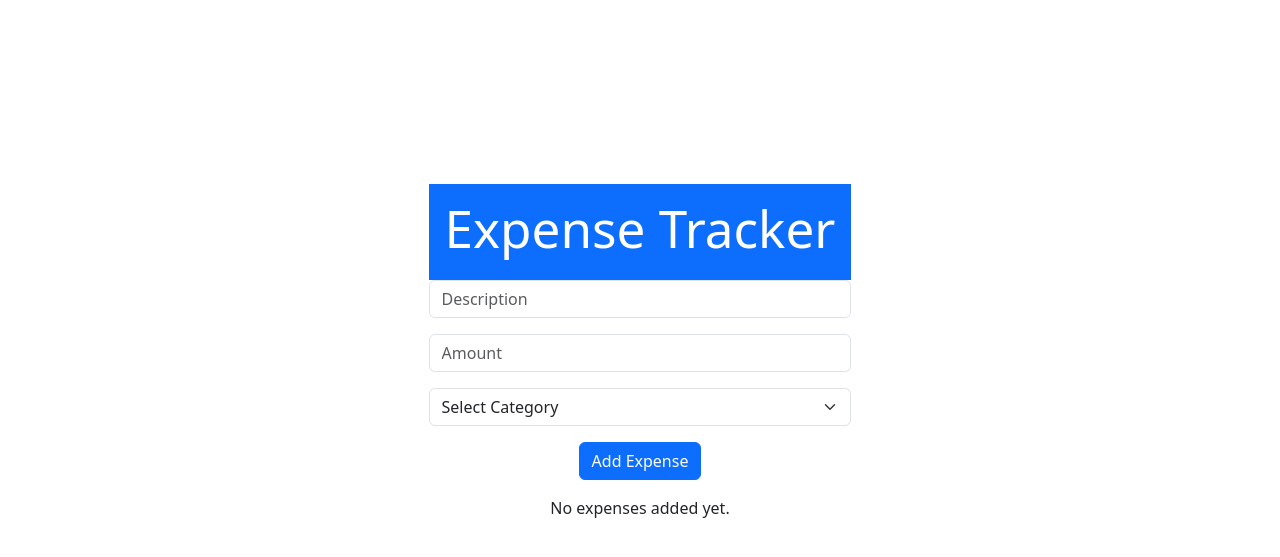
Repository: JuniorDevChris/ExpenseTracker
Page: / (app in frontend/)
An editor plug-in stored every save of this project. The page is shown before and after a run of saves, followed by the edit.
The browser window is 1280 px wide. The pictures show the whole page.
The project was rebuilt for these pictures with package versions that can differ from the ones it lists, and the page was loaded fresh each time. Also part of the build but not shown: frontend/vite.config.js.

Above is the page before, as saved 2024-07-07 17:22:20.

### frontend/src/main.jsx
import 'bootstrap/dist/css/bootstrap.min.css';
import React from 'react';
import ReactDOM from 'react-dom/client';
import App from './App';
import './index.css';

ReactDOM.createRoot(document.getElementById('root')).render(
  <React.StrictMode>
    <App />
  </React.StrictMode>
);

### frontend/src/App.jsx
import React, { useState } from 'react';
import Header from './components/Header';
import ExpenseForm from './components/ExpenseForm';
import ExpenseList from './components/ExpenseList';
import './App.css';

function App() {
  const [expenses, setExpenses] = useState([]);

  const addExpense = (expense) => {
    setExpenses([...expenses, { ...expense, id: Date.now() }]);
  };

  const deleteExpense = (id) => {
    setExpenses(expenses.filter((expense) => expense.id !== id));
  };

  return (
    <div className="App container">
      <Header />
      <ExpenseForm addExpense={addExpense} />
      <ExpenseList expenses={expenses} deleteExpense={deleteExpense} />
    </div>
  );
}

export default App;

### frontend/src/components/Header.jsx
import React from 'react';

const Header = () => {
  return (
    <header className="bg-primary text-white p-3">
      <h1>Expense Tracker</h1>
    </header>
  );
};

export default Header;

### frontend/src/components/ExpenseForm.jsx
import React, { useState } from 'react';

const ExpenseForm = ({ addExpense }) => {
  const [description, setDescription] = useState('');
  const [amount, setAmount] = useState('');
  const [category, setCategory] = useState('');

  const handleSubmit = (e) => {
    e.preventDefault();
    addExpense({ description, amount: parseFloat(amount), category });
    setDescription('');
    setAmount('');
    setCategory('');
  };

  return (
    <form onSubmit={handleSubmit} className="mb-3">
      <div className="mb-3">
        <input
          type="text"
          className="form-control"
          placeholder="Description"
          value={description}
          onChange={(e) => setDescription(e.target.value)}
          required
        />
      </div>
      <div className="mb-3">
        <input
          type="number"
          className="form-control"
          placeholder="Amount"
          value={amount}
          onChange={(e) => setAmount(e.target.value)}
          required
        />
      </div>
      <div className="mb-3">
        <select
          className="form-select"
          value={category}
          onChange={(e) => setCategory(e.target.value)}
          required
        >
          <option value="" disabled>Select Category</option>
          <option value="Groceries">Groceries</option>
          <option value="Utilities">Utilities</option>
          <option value="Entertainment">Entertainment</option>
        </select>
      </div>
      <button type="submit" className="btn btn-primary">Add Expense</button>
    </form>
  );
};

export default ExpenseForm;

### frontend/src/components/ExpenseList.jsx
import React from 'react';

const ExpenseList = ({ expenses, deleteExpense }) => {
  if (expenses.length === 0) {
    return <p className="text-center">No expenses added yet.</p>;
  }

  return (
    <table className="table table-bordered">
      <thead>
        <tr>
          <th>Category</th>
          <th>Description</th>
          <th>Amount</th>
          <th></th>
        </tr>
      </thead>
      <tbody>
        {expenses.map((expense) => (
          <tr key={expense.id}>
            <td>{expense.category}</td>
            <td>{expense.description}</td>
            <td>${expense.amount.toFixed(2)}</td>
            <td>
              <button
                className="btn btn-outline-danger"
                onClick={() => deleteExpense(expense.id)}
              >
                Delete
              </button>
            </td>
          </tr>
        ))}
      </tbody>
      <tfoot>
        <tr>
          <td>Total</td>
          <td></td>
          <td>
            $
            {expenses
              .reduce((acc, expense) => acc + parseFloat(expense.amount), 0)
              .toFixed(2)}
          </td>
          <td></td>
        </tr>
      </tfoot>
    </table>
  );
};

export default ExpenseList;

Loaded but not shown: frontend/index.html (common file); frontend/src/index.css (common file); frontend/src/App.css (common file)

After the next 4 saves:
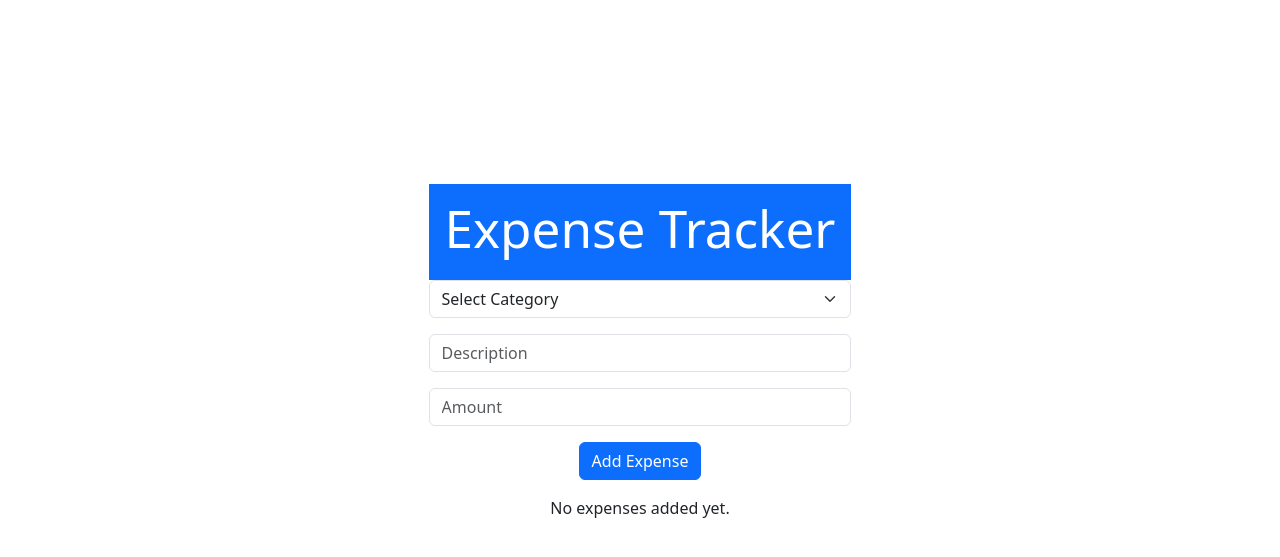
The 4 saves are shown as one change because they came seconds apart.
The last was saved 43 s later.
--- a/frontend/src/components/ExpenseForm.jsx
+++ b/frontend/src/components/ExpenseForm.jsx
@@ -15,6 +15,19 @@ const ExpenseForm = ({ addExpense }) => {
 
   return (
     <form onSubmit={handleSubmit} className="mb-3">
+        <div className="mb-3">
+        <select
+          className="form-select"
+          value={category}
+          onChange={(e) => setCategory(e.target.value)}
+          required
+        >
+          <option value="" disabled>Select Category</option>
+          <option value="Groceries">Groceries</option>
+          <option value="Utilities">Utilities</option>
+          <option value="Entertainment">Entertainment</option>
+        </select>
+      </div>
       <div className="mb-3">
         <input
           type="text"
@@ -35,19 +48,6 @@ const ExpenseForm = ({ addExpense }) => {
           required
         />
       </div>
-      <div className="mb-3">
-        <select
-          className="form-select"
-          value={category}
-          onChange={(e) => setCategory(e.target.value)}
-          required
-        >
-          <option value="" disabled>Select Category</option>
-          <option value="Groceries">Groceries</option>
-          <option value="Utilities">Utilities</option>
-          <option value="Entertainment">Entertainment</option>
-        </select>
-      </div>
       <button type="submit" className="btn btn-primary">Add Expense</button>
     </form>
   );
